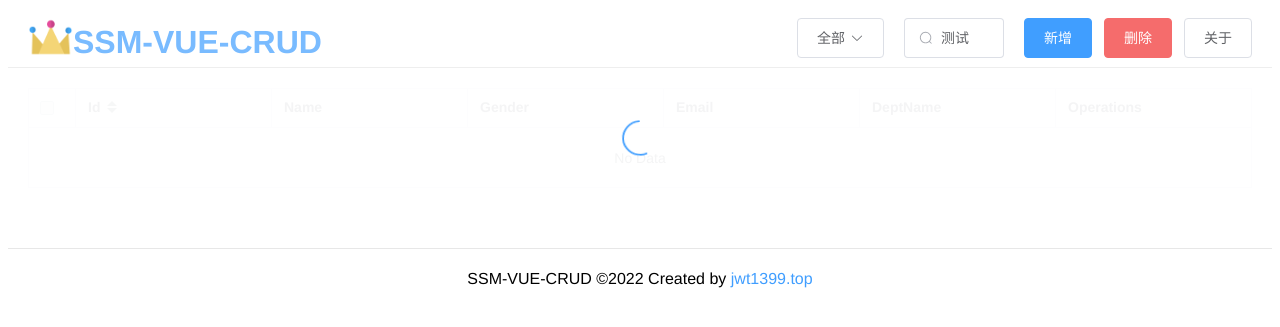
Repository: jwt1399/ssm-vue-crud
Page: / (app in ssm-crud-front/)
The author's editor kept a copy of each file at every save. The page is drawn from the files as they stood at one save, then again after the next save.
The browser window is 1280 px wide. The pictures show the whole page.
The page's requests for data from a server got no answer. The project was rebuilt for these pictures with package versions that can differ from the ones it lists, and the page was loaded fresh each time. No one was signed in, and anything a server would have sent is missing. Also part of the build but not shown: ssm-crud-front/vue.config.js.

Above is the page before, as saved 2022-06-10 23:49:40.

### ssm-crud-front/public/index.html
<!DOCTYPE html>
<html lang="zh-Hans">
  <head>
    <meta charset="utf-8">
    <meta http-equiv="X-UA-Compatible" content="IE=edge">
    <meta name="viewport" content="width=device-width,initial-scale=1.0">
    <link rel="icon" href="<%= BASE_URL %>favicon.png">
    <title><%= htmlWebpackPlugin.options.title %></title>
  </head>
  <body>
    <noscript>
      <strong>We're sorry but <%= htmlWebpackPlugin.options.title %> doesn't work properly without JavaScript enabled. Please enable it to continue.</strong>
    </noscript>
    <div id="app"></div>
    <!-- built files will be auto injected -->
  </body>
</html>

### ssm-crud-front/src/main.js
import { createApp } from 'vue'
import App from './App.vue'
import router from './router'
import ElementPlus from 'element-plus'
import 'element-plus/dist/index.css'
import * as ElementPlusIconsVue from '@element-plus/icons-vue'

const app = createApp(App)

//配置全局icon
for (const [key, component] of Object.entries(ElementPlusIconsVue)) {
    app.component(key, component)
  }

app.use(router).use(ElementPlus).mount('#app')

### ssm-crud-front/src/App.vue
<template>
  <Header/>
  <router-view/>
  <Footer/>
</template>


<script setup>
import Header from '@/components/Header.vue'
import Footer from '@/components/Footer.vue'
</script>



<style>
#app {
  font-family: Avenir, Helvetica, Arial, sans-serif;
  -webkit-font-smoothing: antialiased;
  -moz-osx-font-smoothing: grayscale;
  /* text-align: center; */
  /* color: #2c3e50; */
}
</style>


<!-- 不使用script setup语法糖 -->
<!-- <script>
import Header from '@/components/Header.vue'
import Footer from '@/components/Footer.vue'
export default {
    components: {
        Header,
        Footer,
    }
}
</script> -->

### ssm-crud-front/src/router/index.js
import { createRouter, createWebHashHistory } from 'vue-router'
import CrudView from '../views/CrudView.vue'
const routes = [
  {
    path: '/',
    name: 'home',
    component: CrudView
  },
  {
    path: '/about',
    name: 'about',
    // 懒加载
    component: () => import(/* webpackChunkName: "about" */ '../views/AboutView.vue')
  }
]

const router = createRouter({
  history: createWebHashHistory(),
  routes
})

export default router

### ssm-crud-front/src/components/Header.vue
<template>
 <el-header class="header">
    <div class="nav">
        <a href="/" class="nav-link">
            <img src="../assets/favicon.png" alt="logo" class="nav-logo">
            <h1 class="nav-title ">SSM-VUE-CRUD</h1>
        </a>
    </div>
    <div class="nav-item">
        <el-dropdown>
            <el-button size="large">
                全部
                <el-icon class="el-icon--right">
                    <arrow-down />
                </el-icon>
            </el-button>
            <template #dropdown>
                <el-dropdown-menu>
                    <el-dropdown-item>Action 1</el-dropdown-item>
                    <el-dropdown-item>Action 2</el-dropdown-item>
                </el-dropdown-menu>
            </template>
        </el-dropdown>

        <div class="nav-search">
            <el-input
            placeholder="请输入名字"
            v-model="defaultText"
            size="large"
            :prefix-icon="Search"
            @change="searchChange"
            clearable >
            </el-input>

        </div>
        <el-button type="primary" size="large" @click="handleAdd()">新增</el-button>
        <el-button type="danger" size="large" @click="batchDeleteEmployee()">删除</el-button>
        <el-button type="default" size="large" :plain="true"  @click="skipAbout()">关于</el-button>
    </div>
    <Dialog ref="dialog"/>
</el-header>
</template>


<script setup>
import { ref } from 'vue'
import { useRouter } from 'vue-router'
import { Search } from '@element-plus/icons-vue'
import { ElMessage,ElMessageBox } from 'element-plus'

import Dialog from '@/components/Dialog.vue';
const dialog =ref(null)

const defaultText = ref("测试")

const searchChange= (val)=> {
    console.log(val)
    // getEmployeeList();
}

//关于页跳转
const router = useRouter()
const skipAbout = ()=>{
    // window.location.href='#/about';
    // router.push({path:'about'})
    router.push({ name: 'about'})//路由名
    //弹框提示
    ElMessage({
    showClose: true,
    message: '这是本项目的关于页面！',
    center: true,
    type: 'success',
  })
}

// 添加按钮
const handleAdd = (index,row)=>{
    console.log(index,row)
    dialog.value.editNameDisabled = false;
    dialog.value.dialogFormVisible = true;
}

 // 批量删除按钮
const batchDeleteEmployee = () => {
    ElMessageBox.confirm('此操作将永久删除该信息, 是否继续?', '提示', {
        confirmButtonText: '确定',
        cancelButtonText: '取消',
        type: 'warning',
    }).then(() => {
        axios.batchDeleteEmployee({
            ids: batchIds
        }).then((res) => {
            ElMessage({
                type: 'success',
                message: res.msg,
            })
            this.getEmployeeList();
        }).catch((res) => {
            ElMessage({
                type: 'info',
                message: res.msg,
            })
        })
    }).catch(() => {
        ElMessage({
            type: 'info',
            message: '删除取消',
        })
    })
}

</script>


<style scoped>
.nav-logo {
	height: 45px;
	width: 45px;
	vertical-align: middle;
	display: inline-block;
}

.nav-title {
	font-size: 2rem;
	display: inline-block;
	vertical-align: middle;
	color: #79bbff;
	padding-top: 10px;
}

.nav-item {
	display: flex;
	align-items: center;
}

.nav-search {
	width: 100px;
	margin: 0 20px;
}

.header {
	display: flex;
	align-items: center;
	justify-content: space-between;
	width: 100%;
	border-bottom: 1px solid #eee;
	min-width: 800px;
}
</style>


<!-- 不使用script setup语法糖 -->
<!-- <script>
import { ref } from 'vue'
import { useRouter } from 'vue-router'
import { Search } from '@element-plus/icons-vue'
export default {
    name: 'Header',
    setup() {
        const defaultText = ref("测试")
        const router = useRouter()
        const skipAbout = ()=>{
        // window.location.href='#/about';
        // router.push({path:'about'})
        router.push({ name: 'about'})
        }
        return {
            skipAbout,
            Search,
            defaultText,
        }
    },
}
</script> -->

### ssm-crud-front/src/components/Footer.vue
<template>
<el-footer class="footer">
    <span>SSM-VUE-CRUD ©2022 Created by </span>
    <a href="https://jwt1399.top" style="text-decoration: none;color: #409eff;"> jwt1399.top</a>
 </el-footer>
</template>

<!-- 不使用script setup语法糖 -->
<!-- <script>
export default{
    name:'Footer',
}
</script> -->

 <style scoped>
.footer {
    /* 显示在底部*/
    position: relative;
    text-align: center;
    width: 100%;
    /* 垂直居中23-24 */
    height: 60px;
    line-height:60px;
    background-color: #fff;
    border-top:1px solid #E7E7E7;
}
</style>

### ssm-crud-front/src/views/CrudView.vue
<template>
    <el-main>
        <div class="data-table">
            <el-table
                :data="employeeList"
                border
                style="width: 100%"
                v-loading="loading"
                @selection-change="handleSelectionChange">
                <el-table-column type="selection"></el-table-column>
                <el-table-column prop="empId" label="Id" sortable></el-table-column>
                <el-table-column prop="empName" label="Name"></el-table-column>
                <el-table-column prop="gender" label="Gender" :formatter="formatterSex"></el-table-column>
                <el-table-column prop="email" label="Email"></el-table-column>
                <el-table-column prop="department.deptName" label="DeptName"></el-table-column>
                <el-table-column label="Operations">
                    <template #default="scope">
                        <el-button type="primary"
                            size="large"
                            :icon="Edit"
                            @click="handleEdit(scope.$index, scope.row)"
                            circle
                        ></el-button>
                        <el-button
                            type="danger"
                            size="large"
                            :icon="Delete"
                            @click="handleDelete(scope.$index, scope.row)"
                            circle
                        ></el-button>
                    </template>
                </el-table-column>
            </el-table>
        </div>
        <div class="table-pagination">
            <el-pagination
                v-model:current-page="pageNum"
                v-model:page-size="pageSize"
                :page-sizes="[5, 10, 15, 20]"
                :small="small" :disabled="disabled"
                :background="background"
                layout="total, sizes, prev, pager, next, jumper"
                :total="total"
                @size-change="handleSizeChange"
                @current-change="handleCurrentChange"
            />
        </div>
    </el-main>
    <Dialog ref="dialog"/>
</template>



<script setup>
import { ElMessage, ElMessageBox } from 'element-plus'
import { ref,onBeforeMount } from 'vue'
import { Edit, Delete } from '@element-plus/icons-vue'
import axios from 'axios'
import Dialog from '@/components/Dialog.vue';

const dialog =ref(null)
//分页相关
const pageNum = ref(1)
const pageSize = ref(5)
const small = ref(false)
const background = ref(true)
const disabled = ref(false)
const total = ref(null)
//每页条目数
const handleSizeChange = (val) => {
    console.log(`每页条目数：${val}`)
    getEmployeeList(pageNum.value,val)
}
//当前页面
const handleCurrentChange = (val) => {
    console.log(`当前页面: ${val}`)
    getEmployeeList(val,pageSize.value)
}

//勾选框改变
let batchIds = ref(null)
const handleSelectionChange = (arr) => {
    console.log(arr)
    var arrs = [];
    for (var i = 0; i < arr.length; i++) {
        arrs.push(arr[i].empId);
    }
    batchIds = arrs.join();
    console.log(batchIds)
}
//编辑按钮
const handleEdit = (index, row) => {
    console.log(index, row)
    dialog.value.editNameDisabled = true
    dialog.value.dialogFormVisible = true;
}
 // 删除按钮
const handleDelete = (index, row) => {
    console.log(index, row)
    ElMessageBox.confirm(
    '此操作将永久删除该信息, 是否继续?',
    '提示',
    {
        confirmButtonText: '确定',
        cancelButtonText: '取消',
        type: 'warning',
    }).then(() => {
        ElMessage({
        type: 'success',
        message: '删除成功',
        })
    }).catch(() => {
        ElMessage({
        type: 'info',
        message: '删除取消',
        })
    })
}

//获取员工数据
const employeeList =ref([])
const loading = ref(true)//加载动画
function getEmployeeList(pageNum,pageSize){
    axios.get("api/ssm_crud_back/employees/", {
        params: {
            pageNum: pageNum,
            pageSize: pageSize,
        }
    }).then(function(res) {
        console.log(res.data)
        loading.value = false
        employeeList.value = res.data.data.pageInfo.list
        total.value = res.data.data.pageInfo.total
        pageSize = res.data.data.pageInfo.pageSize
        pageNum = res.data.data.pageInfo.pageNum
    }).catch(function(error) {
        console.log(error);
    });
}
onBeforeMount(()=>{
    getEmployeeList();
})
// 性别格式化
const formatterSex = (row, column)=>{
    return row.gender == 1 ? "男" : "女";
};
</script>

<style scoped>
.table-pagination {
	display: flex;
	justify-content: center;
	padding: 20px;
}
</style>


<!-- 不使用script setup语法糖 -->
<!-- <script>
import { ref,onBeforeMount } from 'vue'
import { Edit, Delete } from '@element-plus/icons-vue'
import axios from 'axios'
export default {
    name: 'CrudView',
    setup(){
        //分页相关
        const pageNum = ref(1)
        const pageSize = ref(5)
        const small = ref(false)
        const background = ref(true)
        const disabled = ref(false)
        const total = ref(null)
        const handleSizeChange = (val) => {
            console.log(`每页条目数：${val}`)
            getEmployeeList(pageNum.value,val)
        }
        const handleCurrentChange = (val) => {
            console.log(`当前页面: ${val}`)
            getEmployeeList(val,pageSize.value)
        }

        //获取员工数据
        const loading = ref(false)
        let batchIds = ref(null)
        const handleSelectionChange = (arr) => {
            console.log(arr)
            var arrs = [];
            for (var i = 0; i < arr.length; i++) {
                arrs.push(arr[i].empId);
            }
            batchIds = arrs.join();
            console.log(batchIds)
        }

        const handleEdit = (index, row) => {
            console.log(index, row)
        }

        const handleDelete = (index, row) => {
            console.log(index, row)
        }
        const employeeList =ref([])
        function getEmployeeList(pageNum,pageSize){
            axios.get("api/ssm_crud_back/employees/", {
                params: {
                    pageNum: pageNum,
                    pageSize: pageSize,
                }
            }).then(function(res) {
                console.log(res.data)
                loading.value = false
                employeeList.value = res.data.data.pageInfo.list
                total.value = res.data.data.pageInfo.total
                pageSize = res.data.data.pageInfo.pageSize
                pageNum = res.data.data.pageInfo.pageNum
            }).catch(function(error) {
                console.log(error);
            });
        }
        onBeforeMount(()=>{
            getEmployeeList();
        })
        // 性别格式化
        const formatterSex = (row, column)=>{
            return row.gender == 1 ? "男" : "女";
        };

        return{
            employeeList,
            getEmployeeList,
            pageNum,
            pageSize,
            total,
            small,
            disabled,
            background,
            formatterSex,
            handleSizeChange,
            handleCurrentChange,
            Edit,
            Delete,
            loading,
            handleSelectionChange,
            handleEdit,
            handleDelete,
        }
    }
}
</script> -->

### ssm-crud-front/src/components/Dialog.vue
<template>
    <el-dialog v-model="dialogFormVisible" :title="editNameDisabled ? '修改' : '添加'" @close="dialogClose">
        <el-form :model="form" :rules="rules"  label-position="right" label-width="80px" status-icon>
            <el-form-item label="姓名" prop="empName">
                <el-input v-model="form.empName" :disabled="editNameDisabled"></el-input>
            </el-form-item>
            <el-form-item label="邮箱" prop="email">
                <el-input v-model="form.email"></el-input>
            </el-form-item>
            <el-form-item label="性别" prop="gender">
                <el-radio-group v-model="form.gender">
                    <el-radio label="1" size="large">男</el-radio>
                    <el-radio label="2" size="large">女</el-radio>
                </el-radio-group>
            </el-form-item>
            <el-form-item label="部门" prop="dId">
                <el-select v-model="form.dId" placeholder="请选择部门">
                 <el-option label="Zone one" value="shanghai" />
                    <el-option label="Zone two" value="beijing" />
                    <!-- <el-option v-for="(item, index) in departmentList" :key="index" :label="item.deptName" :value="item.deptId"> -->
                    <!-- </el-option> -->
                </el-select>
            </el-form-item>
        </el-form>
        <template #footer>
            <span class="dialog-footer">
                <el-button @click="resetForm">取消</el-button>
                <el-button type="primary" @click="addSubmit">确定</el-button>
            </span>
        </template>
    </el-dialog>
</template>

<script setup>
import { ref, reactive,defineExpose } from 'vue'
const form = reactive({
        empName: '测试',
        email: '',
        gender: '',
        dId: ''
    })
const departmentList = ref({})

//表单验证
const rules = reactive({
    empName: [{
        required: true,
        message: 'Please input Activity name',
        trigger: 'blur',
    },{
        min: 1,
        max: 15,
        message: 'Length should be 1 to 15',
        trigger: 'blur',
    }],
    email: [{
        required: true,
        message: '请输入正确邮箱',
        trigger: 'blur',
        pattern: /^[A-Za-z0-9\u4e00-\u9fa5]+@[a-zA-Z0-9_-]+(\.[a-zA-Z0-9_-]+)+$/
    }],
    gender: [{
        required: true,
        message: '请选择性别',
        trigger: 'blur',
    }],
    dId: [{
        required: true,
        message: '请选择部门',
        trigger: 'blur',
    }]
})

//显示/隐藏对话框
const dialogFormVisible = ref(false)
//名字是否可编辑
const editNameDisabled = ref(false)
defineExpose({
    dialogFormVisible,
    editNameDisabled
})
</script>

After the next save:
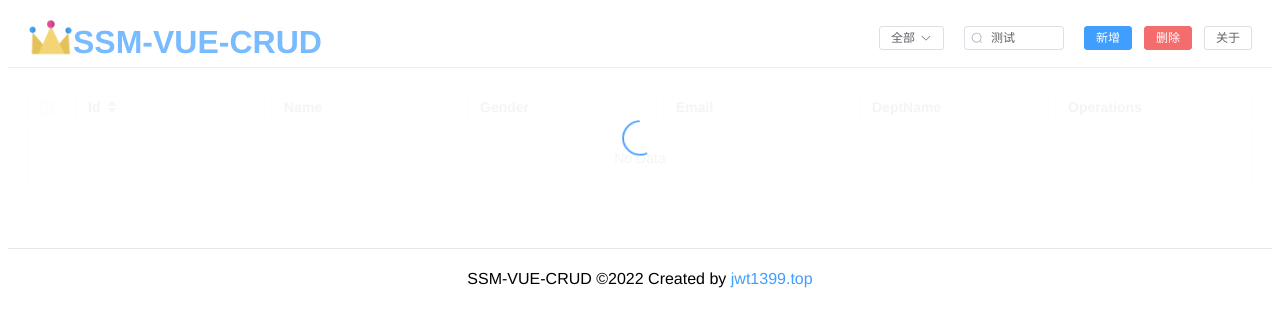
Saved 28 s later.
--- a/ssm-crud-front/src/components/Header.vue
+++ b/ssm-crud-front/src/components/Header.vue
@@ -8,7 +8,7 @@
     </div>
     <div class="nav-item">
         <el-dropdown>
-            <el-button size="large">
+            <el-button size="small">
                 全部
                 <el-icon class="el-icon--right">
                     <arrow-down />
@@ -26,16 +26,16 @@
             <el-input
             placeholder="请输入名字"
             v-model="defaultText"
-            size="large"
+            size="small"
             :prefix-icon="Search"
             @change="searchChange"
             clearable >
             </el-input>
 
         </div>
-        <el-button type="primary" size="large" @click="handleAdd()">新增</el-button>
-        <el-button type="danger" size="large" @click="batchDeleteEmployee()">删除</el-button>
-        <el-button type="default" size="large" :plain="true"  @click="skipAbout()">关于</el-button>
+        <el-button type="primary" size="small" @click="handleAdd()">新增</el-button>
+        <el-button type="danger" size="small" @click="batchDeleteEmployee()">删除</el-button>
+        <el-button type="default" size="small" :plain="true"  @click="skipAbout()">关于</el-button>
     </div>
     <Dialog ref="dialog"/>
 </el-header>

After the save that followed:
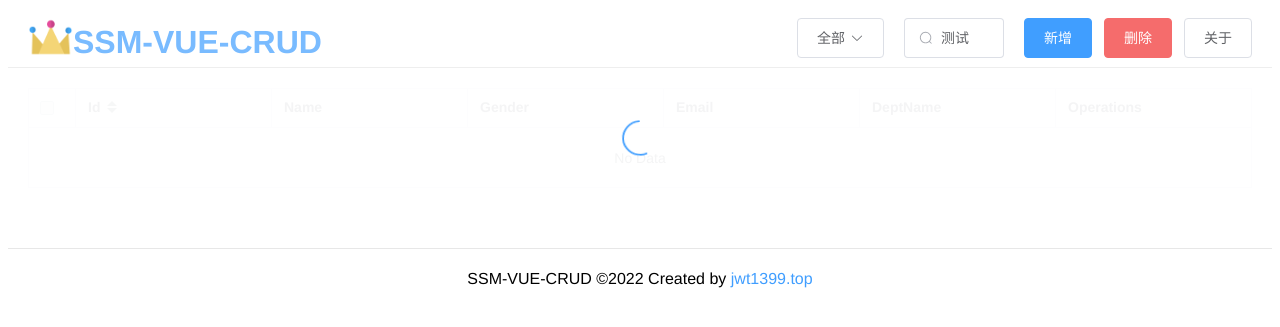
Saved 68 s later.
--- a/ssm-crud-front/src/components/Header.vue
+++ b/ssm-crud-front/src/components/Header.vue
@@ -8,7 +8,7 @@
     </div>
     <div class="nav-item">
         <el-dropdown>
-            <el-button size="small">
+            <el-button size="large">
                 全部
                 <el-icon class="el-icon--right">
                     <arrow-down />
@@ -26,16 +26,16 @@
             <el-input
             placeholder="请输入名字"
             v-model="defaultText"
-            size="small"
+            size="large"
             :prefix-icon="Search"
             @change="searchChange"
             clearable >
             </el-input>
 
         </div>
-        <el-button type="primary" size="small" @click="handleAdd()">新增</el-button>
-        <el-button type="danger" size="small" @click="batchDeleteEmployee()">删除</el-button>
-        <el-button type="default" size="small" :plain="true"  @click="skipAbout()">关于</el-button>
+        <el-button type="primary" size="large" @click="handleAdd()">新增</el-button>
+        <el-button type="danger" size="large" @click="batchDeleteEmployee()">删除</el-button>
+        <el-button type="default" size="large" :plain="true"  @click="skipAbout()">关于</el-button>
     </div>
     <Dialog ref="dialog"/>
 </el-header>
